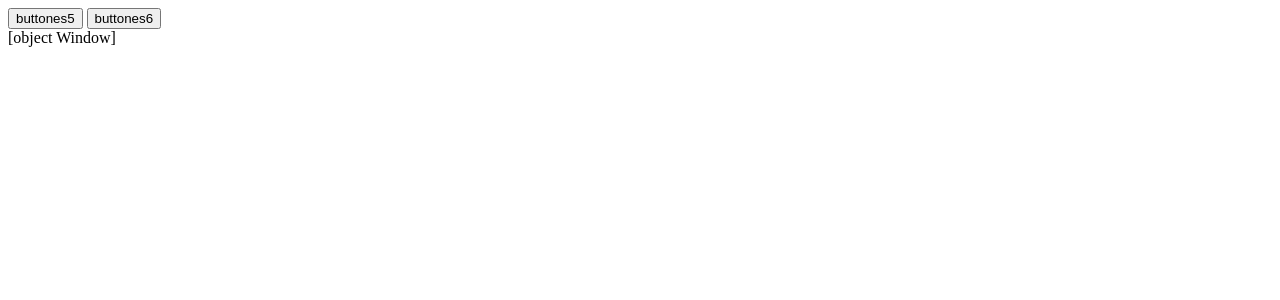
Repository: motiejus1/08-paskaita-JS
Page: index.html
The author's editor kept a copy of each file at every save. The page is drawn from the files as they stood at one save, then again after the next save.
The browser window is 1280 px wide. The pictures show the whole page.

Above is the page before, as saved 2021-06-17 11:56:25.
Console error: TypeError: Failed to execute 'addEventListener' on 'EventTarget': parameter 2 is not of type 'Object'.

### index.html
<!DOCTYPE html>
<html lang="en">
<head>
    <meta charset="UTF-8">
    <meta http-equiv="X-UA-Compatible" content="IE=edge">
    <meta name="viewport" content="width=device-width, initial-scale=1.0">
    <title>8 paskaita</title>
</head>
<body>

<div class="container">
    <button id="buttones5">buttones5</button>
    <button id="buttones6">buttones6</button>


    <div id="reses5"></div>
    <div id="reses6"></div>
</div>
<!-- 2sec -->

<!-- 10sec -->
    <script src="script.js">
    </script>
</body>
</html>

### script.js

"use strict";


let skaicius = 0;

skaicius = 6;

//apsirasome kintamaji
//mes jam priskiriam reiksme
//me galim pakeisti kintamojo reiksme
//ir mes kintamaji isvedam

let dalybosRezultatas =  function(sk1=0,sk2=0) {
    let rezultatas;
    rezultatas = sk1/sk2;

    return rezultatas;
}

dalybosRezultatas = function(sk1=0,sk2=0) {
    let rezultatas;
    rezultatas = sk1/sk2;

    let masyvas = [];
    masyvas[0]= sk1;
    masyvas[1]= sk2;
    masyvas[2] = rezultatas;
    return masyvas;
}


console.log("Script veikia");

console.log(dalybosRezultatas(5,10));


//ES5
const daugybaes5 = function(sk1, sk2) {

    //this
    let rezultatas;
    rezultatas = sk1*sk2;
    // document.getElementById('reses5').innerHTML += this;
    return rezultatas;
}

//Es6 funckija
const daugybaes6 = (sk1, sk2) => {
    let rezultatas;
    rezultatas = sk1*sk2;
    document.getElementById('reses6').innerHTML += this;
    // console.log(this);
    return rezultatas;
}


console.log(daugybaes5(2,4));
console.log(daugybaes6(2,4));

//ES5
// window.addEventListener("load", daugybaes5(2,4));
document.getElementById("buttones5").addEventListener("click", daugybaes5(2,4) );


//ES6

window.addEventListener("load", daugybaes6(2,4));
document.getElementById("buttones6").addEventListener("click", daugybaes6(2,4));

After the next save:
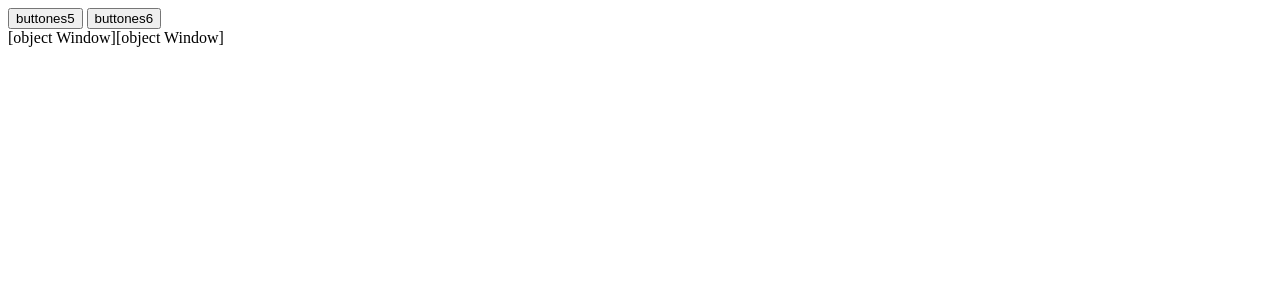
Saved 20 s later.
--- a/script.js
+++ b/script.js
@@ -60,7 +60,7 @@ console.log(daugybaes6(2,4));
 
 //ES5
 // window.addEventListener("load", daugybaes5(2,4));
-document.getElementById("buttones5").addEventListener("click", daugybaes5(2,4) );
+// document.getElementById("buttones5").addEventListener("click", daugybaes5(2,4) );
 
 
 //ES6

After the 2 saves that followed:
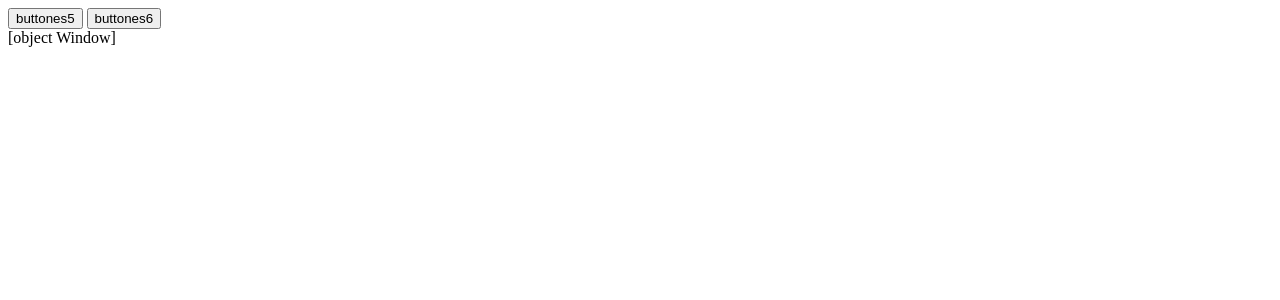
The 2 saves are shown as one change because they came seconds apart.
The last was saved 76 s later.
--- a/script.js
+++ b/script.js
@@ -55,8 +55,8 @@ const daugybaes6 = (sk1, sk2) => {
 }
 
 
-console.log(daugybaes5(2,4));
-console.log(daugybaes6(2,4));
+// console.log(daugybaes5(2,4));
+// console.log(daugybaes6(2,4));
 
 //ES5
 // window.addEventListener("load", daugybaes5(2,4));
